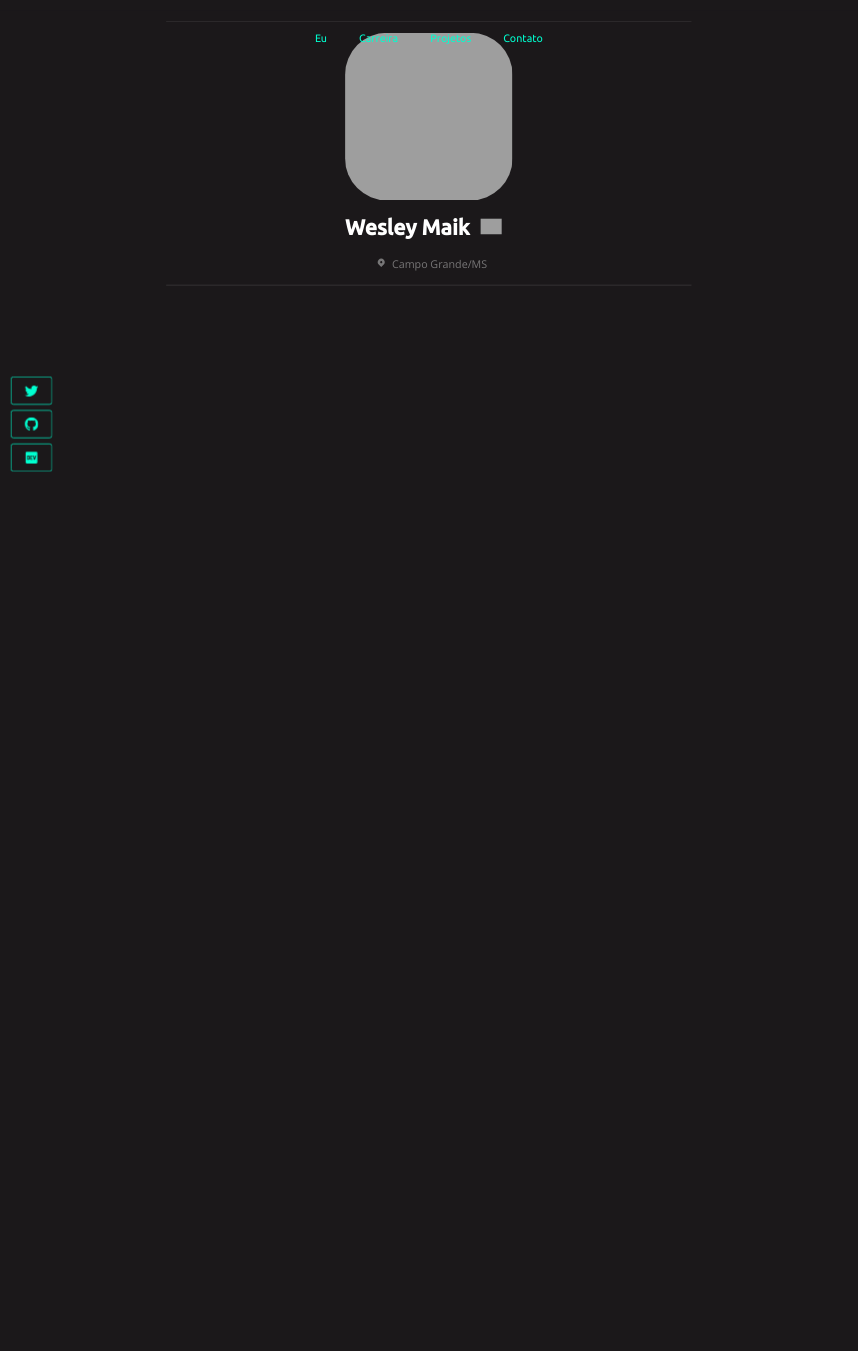
Repository: WesleyMaik/wesleymaik.github.io
Page: /
An editor plug-in stored every save of this project. The page is shown before and after the next save, followed by the edit.
The browser window is 1280 px wide. The pictures show the whole page, at 67% of full size.
Pictures or frames that could not be fetched are drawn as grey boxes. The page's requests for data from a server got no answer. The project was rebuilt for these pictures with package versions that can differ from the ones it lists, and the page was loaded fresh each time. No one was signed in, and anything a server would have sent is missing. Also part of the build but not shown: vite.config.ts.

Above is the page before, as saved 2022-08-08 17:46:54.

### index.html
<!DOCTYPE html>
<html lang="pt-br">
  <head>
    <meta charset="UTF-8" />
    <link rel="icon" type="image/svg+xml" href="/vite.svg" />
    <meta name="viewport" content="width=device-width, initial-scale=1.0" />
    <title>Wesley Maik - Portifólio</title>
  </head>
  <body>
    <div id="root"></div>
    <script type="module" src="/src/main.tsx"></script>
  </body>
</html>

### src/main.tsx
//Modules
import React from 'react'
import ReactDOM from 'react-dom/client'
import App from './pages'

//Style
import "./styles/global.scss";

ReactDOM.createRoot(document.getElementById('root') as HTMLElement).render(
  <React.StrictMode>
    <App />
  </React.StrictMode>
)

### src/pages/index.tsx
//Modules
import styled from "styled-components";

//Components
import Header from "../components/template/header";

const App = () => {
    const Main = styled.main`
      max-width:800px;

      position:relative;

      margin:auto;
    `;

    return(
      <Main className="test">
        <Header />
      </Main>
    );
};

export default App

### src/styles/global.scss
//Fonts
@import url('https://fonts.googleapis.com/css2?family=Open+Sans:wght@300;400;600&family=Poppins:wght@300;400;600&family=Roboto+Mono:wght@300;400;700&family=Ubuntu:wght@300;400;500&display=swap');

:root{
    --bg-primary:#1b181a;
    --bg-secundary:#2c372e;
    --color-default:#fff;
    --color-primary:#00ffd0;
    --color-secundary:#01dba4;
    --color-fade:#01dba410;
}

*{
    box-sizing: border-box;
    // transition: all ease 0.25s;
}

html, body{
    margin:0;

    color:var(--color-default);
    background-color: var(--bg-primary);

    font-family: 'Arial', 'Tahoma';

    min-height: 2000px;
}

h1, h2, h3, h4, h5, h6{
    font-family: 'Poppins', 'Arial';
}

p{
    font-family: 'Open Sans', 'Arial';
}

div, span{
    font-family: 'Ubuntu', 'Arial';
}

a{
    color: var(--color-primary);
    text-decoration: none;
}

hr{
    width:100%;
    border:none;
    border-top: 1px solid #ffffff25;
}

### src/components/template/header.tsx
//Modules
import styled from "styled-components";

//Component
import Avatar from "../avatar";
import Github from "./github";
import Navigation from "./navigation";
import { SocialFloat } from "./social";

const Header = () => {
    const Header = styled.header`
        width:100%;
        min-height:20em;

        display:flex;
        flex-direction:column;
        align-items:center;
        gap:0.5em;

        padding:0.5em;
        margin:1em 0;

        .title{
            margin:0.25em 0;
            .icon{
                width:32px;
            }
        }
    `;

    return(
        <Header>
            <Navigation />
            <hr />
            <Avatar />
            <h1 className="title">
                <span>Wesley Maik</span>
                <img
                    className="icon"
                    src="https://raw.githubusercontent.com/MartinHeinz/MartinHeinz/master/wave.gif"
                    style={{ display: "inline-block", margin:'0 0.5em' }}
                    data-target="animated-image.originalImage"
                />
            </h1>
            <Github />
            <hr />
            <SocialFloat />
        </Header>
    )
};

export default Header;

### src/components/avatar/index.tsx
//Modules
import styled from "styled-components";

// https://api.github.com/users/wesleymaik

const Avatar = () => {
    const Content = styled.div`
        width:250px;
        height:250px;

        overflow:hidden;

        border-radius:25%;

        .img{
            width:100%;
            height:100%;
        }
    `;

    return(
        <Content>
            <img className="img" src="https://avatars.githubusercontent.com/u/85949116?v=4"/>
        </Content>
    )
};

export default Avatar;

### src/components/template/github.tsx
//Modules
import { useCallback, useEffect, useState } from "react";
import styled from "styled-components";
import { api } from "../../services/api";

//Components
import { TiLocation } from 'react-icons/ti';
import { getGithubStats, setGithubStats } from "../../hook/session";

export interface IGithub {
    login: string;
    id: number;
    node_id: string;
    avatar_url: string;
    gravatar_id: string;
    url: string;
    html_url: string;
    followers_url: string;
    following_url: string;
    gists_url: string;
    starred_url: string;
    subscriptions_url: string;
    organizations_url: string;
    repos_url: string;
    events_url: string;
    received_events_url: string;
    type: string;
    site_admin: boolean;
    name: string;
    company: string;
    blog: string;
    location: string;
    email: string;
    hireable: string;
    bio: string;
    twitter_username: string;
    public_repos: number;
    public_gists: number;
    followers: number;
    following: number;
    created_at: string;
    updated_at: string;
};


const gitInfo = {};

const Github = () => {
    const Container = styled.div`
        width:100%;

        display:flex;
        flex-direction:column;
        justify-content:center;
        align-items:center;
        gap:0.5em;

        .location{
            .title{
                color:#d3d3d380;
            }
        }

        .info{
            width:100%;

            display:flex;
            flex-direction:row;
            gap:0.5em;


            .card{
                width:100%;

                display:flex;
                align-items:center;
                flex-direction:column;
                gap:0.5em;

                padding:1em;

                background-color:var(--color-fade);

                border-radius:4px;

                *{
                    margin:0;
                }

                .title{
                    font-weight:300;
                }
            }
        }
    `;

    const savedData = getGithubStats();

    const [data, setData] = useState<IGithub | null>(savedData || null),
          handleData = useCallback((data:IGithub) => {
            setData(data);
          }, [data])

    useEffect(() => {
        if(!Boolean(savedData)){
            api.get('https://api.github.com/users/wesleymaik')
            .then((response) => {
                const result = response.data as IGithub;
                handleData(result);
                setGithubStats(result)
            })
            .catch((err) => {
                console.log(err);
            });
        };
    });

    return(
        <Container>
                <div className="location">
                    <p className="title"><TiLocation className="icon" />{ data?.location || 'Campo Grande/MS' }</p>
                </div>
                {
                    data &&
                    <>
                    <div className="info">
                        <div className="card">
                            <h2 className="text">{ data?.public_repos }</h2>
                            <h5 className="title">Repositórios</h5>
                        </div>
                        <div className="card">
                            <h2 className="text">{ data?.followers }</h2>
                            <h5 className="title">Seguidores</h5>
                        </div>
                        <div className="card">
                            <h2 className="text">{ data?.following }</h2>
                            <h5 className="title">Seguindo</h5>
                        </div>
                    </div>
                    </>
                }
        </Container>
    )
};

export default Github;

### src/components/template/navigation.tsx
//Modules
import styled from "styled-components";

//Components
import Sticky from "react-stickynode";

const Navigation = () => {
    const Container = styled.div`
        display:flex;
        flex-direction:row;
        justify-content:center;
        align-items:center;
        gap:2em;

        position:fixed;

        padding:1em;

        a{
            padding:0.5em;
            border-bottom:2px solid transparent;

            &:hover{
                background-color:var(--color-fade);
                border-bottom-color:var(--color-primary);
            }

            &:active{
                color: var(--color-secundary);
            }
        }
    `;

    return(
        <Container>
            <a href="#me">Eu</a>
            <a href="#carrer">Carreira</a>
            <a href="#project">Projetos</a>
            <a href="#contact">Contato</a>
        </Container>
    )
};

export default Navigation;

### src/components/template/social.tsx
//Modules
import styled from "styled-components";

//Component
import { BsTwitter, BsGithub } from 'react-icons/bs';
import { FaDev } from 'react-icons/fa';
import { HTMLAttributes } from "react";

interface ISocial extends HTMLAttributes<HTMLDivElement>{
    name?:boolean,
    direction?:"row" | "column"
};

const Social = (props:ISocial) => {
    const Container = styled.div`
        width:100%;

        display:flex;
        flex-direction:${!props.direction ? 'row' : props.direction};
        justify-content:center;
        gap:0.5em;

        z-index:10;

        .btn{
            cursor: pointer;

            display:flex;
            flex-direction:row;
            gap:0.5em;

            color:var(--color-primary);
            font-size:1.25em;

            border:1px solid var(--color-primary);
            border-radius:4px;
            padding:0.5em 1em;

            background-color:var(--bg-primary);

            &:hover{
                background-color:var(--color-fade);
            }

            .text{
                ${!props.name && 'display:none;'}
            }
        }
    `;

    return(
        <Container {...props}>
            <a href="https://twitter.com/euwesleymaik" target="_blank">
                <div className="btn">
                    <BsTwitter />
                    <span className="text">Twitter</span>
                </div>
            </a>
            <a href="https://github.com/WesleyMaik" target="_blank">
                <div className="btn">
                    <BsGithub />
                    <span className="text">Github</span>
                </div>
            </a>
            <a href="https://dev.to/wesleymaik" target="_blank">
                <div className="btn">
                    <FaDev />
                    <span className="text">Dev.to</span>
                </div>
            </a>
        </Container>
    )
};

export const SocialFloat = () => {
    const Container = styled.div`
        position:fixed;
        bottom:0;
        left:0;

        margin:1em;
    `;

    return(
        <Container>
            <Social direction="column"/>
        </Container>
    )
};

export default Social;

### src/services/api.ts
//Modules
import axios from "axios";

//Api
export const api = axios.create();

### src/hook/session.ts
//Modules
import { IGithub } from "../components/template/github";

export const setSession = (key:string, data:any) => {
    const value = JSON.stringify(data);
    sessionStorage.setItem(key, value);
};

export const getSession = (key:string) => {
    const value = JSON.parse(String(sessionStorage.getItem(key))) || null;
    return value;
};

export const getGithubStats = () => {
    return getSession('github_stats') as IGithub;
};

export const setGithubStats = (data:IGithub) => {
    setSession('github_stats', data);
};

After the next save:
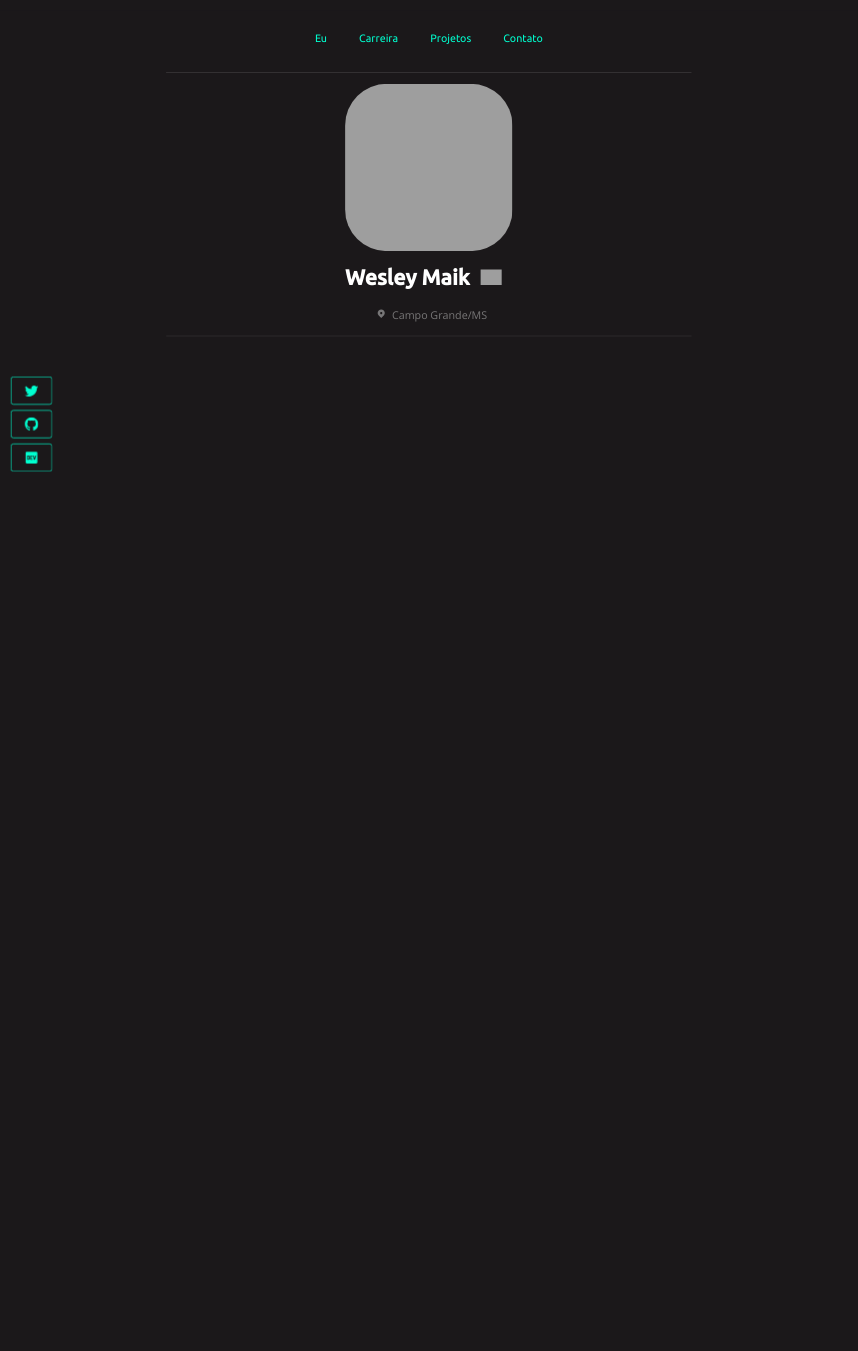
Saved 14 s later.
--- a/src/components/template/navigation.tsx
+++ b/src/components/template/navigation.tsx
@@ -12,7 +12,8 @@
         align-items:center;
         gap:2em;
 
-        position:fixed;
+        position:sticky;
+        top:0;
 
         padding:1em;
 
